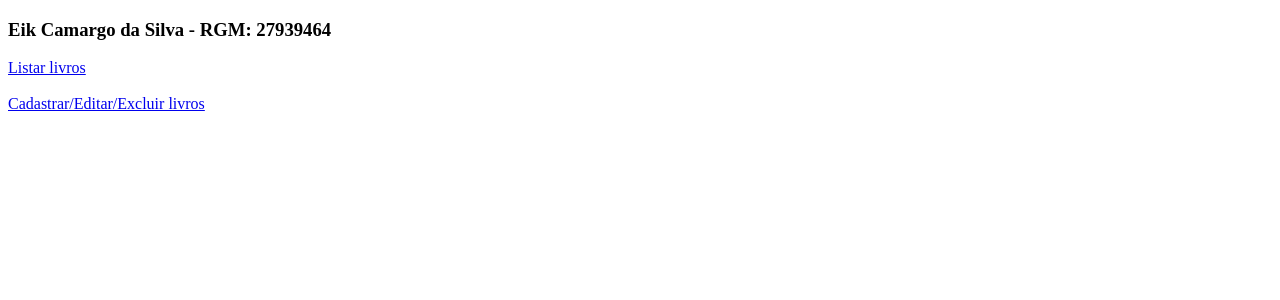
Repository: EikDEV/Atividade-Cliente-Servidor
Page: crudjspjava/src/main/webapp/inicio.html
These files come from the project's save history. The page is drawn as it stood at one moment and after the next save; the edit follows.
The browser window is 1280 px wide. The pictures show the whole page.

Above is the page before, as saved 2022-11-03 20:39:27.

### crudjspjava/src/main/webapp/inicio.html
<!DOCTYPE html>
<html>
<head>
<meta charset="UTF-8">
<title>Início</title>
</head>
<body>
	<h3>Eik Camargo da Silva - RGM: 27939464</h3>
	<a href="viewlivros.jsp">Listar livros</a>
	<br>
	<br>
	<a href="editform.jsp">Cadastrar/Editar/Excluir livros</a>
</body>
</html>

After the next save:
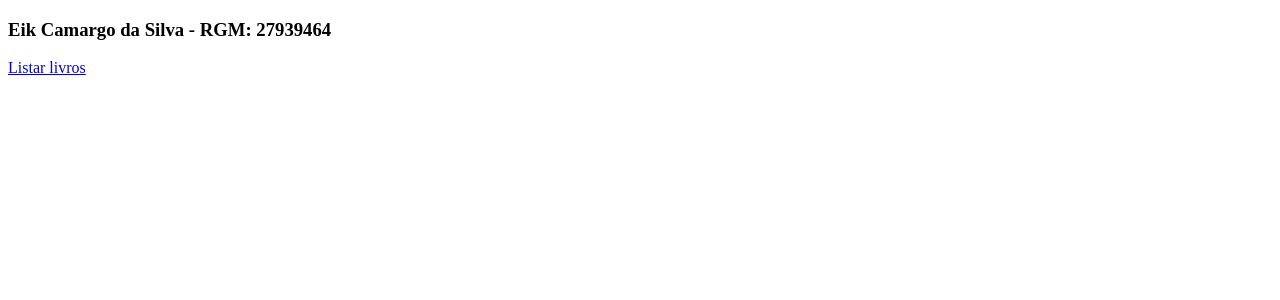
Saved 14 min 54 s later.
--- a/crudjspjava/src/main/webapp/inicio.html
+++ b/crudjspjava/src/main/webapp/inicio.html
@@ -7,8 +7,5 @@
 <body>
 	<h3>Eik Camargo da Silva - RGM: 27939464</h3>
 	<a href="viewlivros.jsp">Listar livros</a>
-	<br>
-	<br>
-	<a href="editform.jsp">Cadastrar/Editar/Excluir livros</a>
 </body>
 </html>
